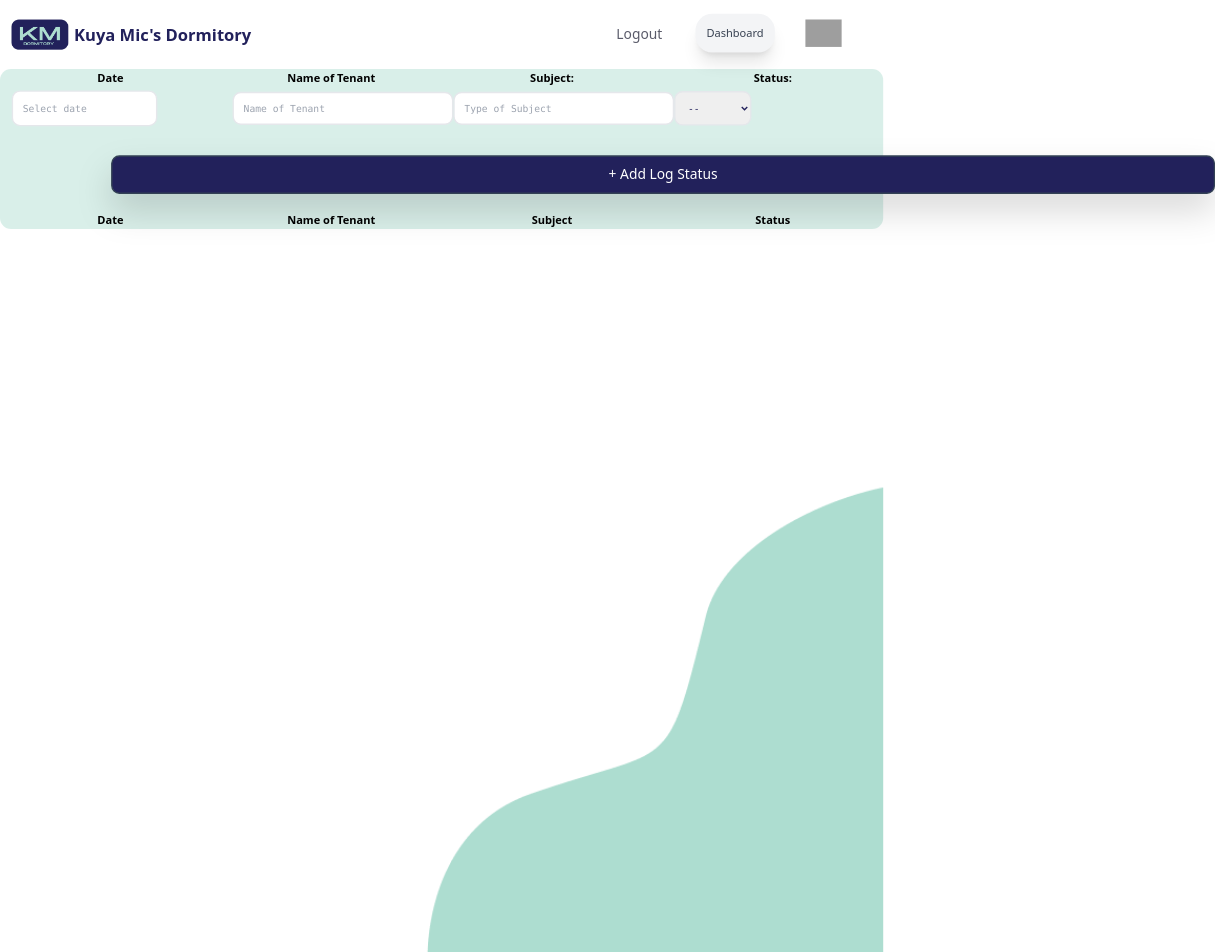
Repository: theamgri/Dormitory-Management-System
Page: logstatus.html
These files come from the project's save history. The page is drawn as it stood at one moment and after the next save; the edit follows.
The browser window is 1280 px wide. The page is 1761 px wide, so the pictures cover 1761 px, including what lies to the right of the window. The pictures show the whole page, at 69% of full size.
Pictures or frames that could not be fetched are drawn as grey boxes. Some web libraries are served in a nearby version.

Above is the page before, as saved 2023-02-28 12:16:22.

After the next save:
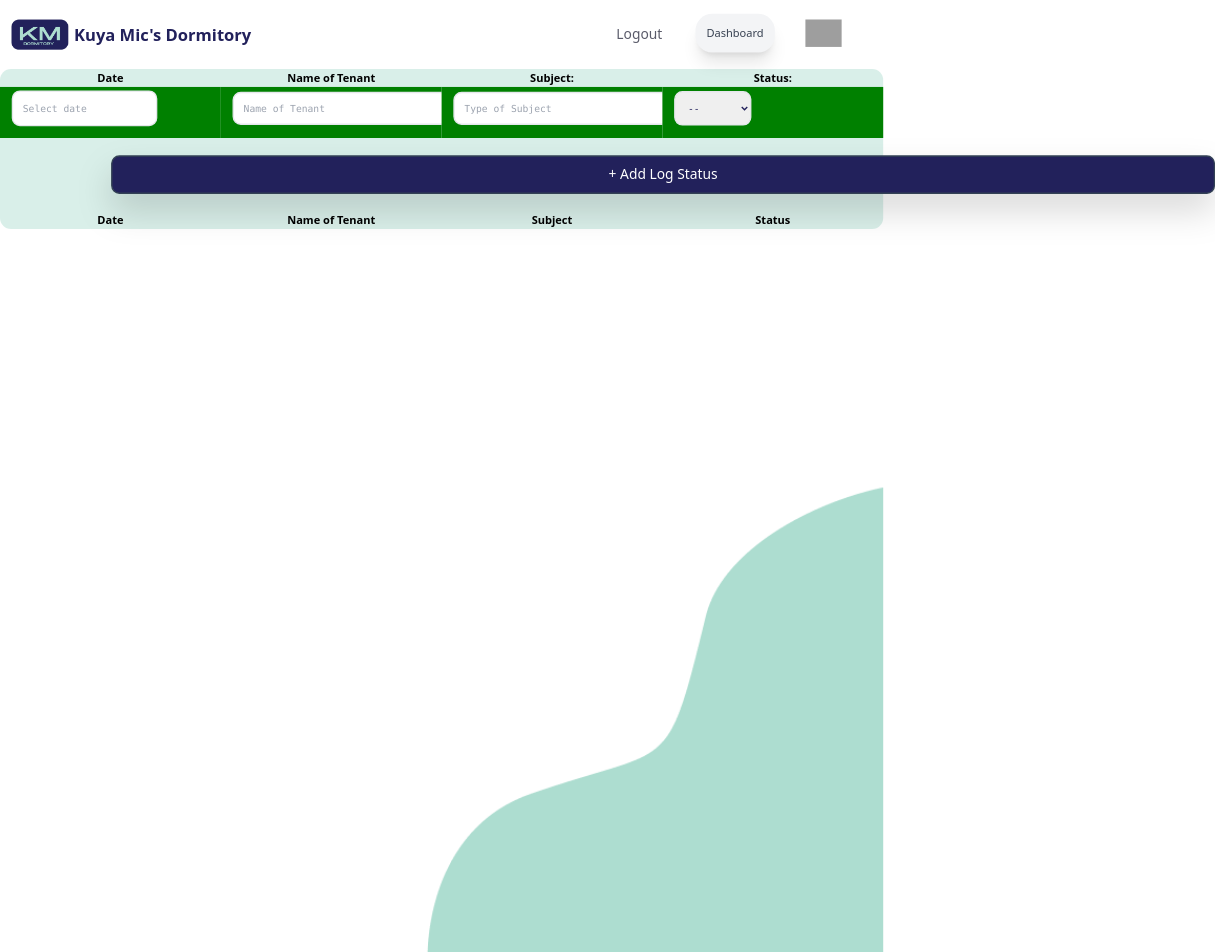
Saved 10 min 57 s later.
--- a/logstatus.html
+++ b/logstatus.html
@@ -84,6 +84,11 @@
 
               </tr>
               <script>
+                var els = document.getElementById("table").getElementsByTagName("td");
+
+                for(var i=0;i<els.length;i++){
+                  els[i].style.background = "green"
+                }
                   //function para maka add ng row inside table
               function addRow() {
                 var tableRow = document.getElementById("table");

After the save that followed:
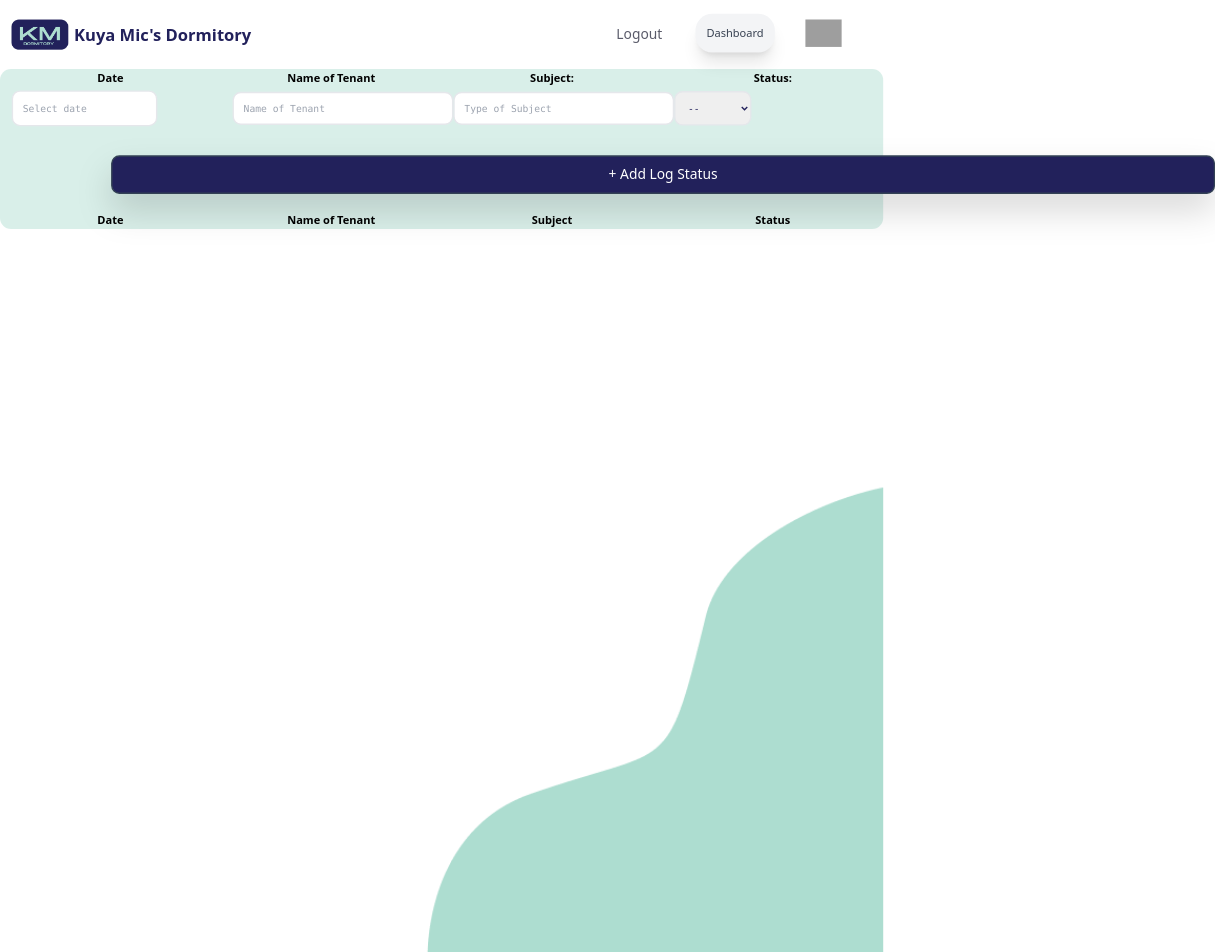
Saved 12 s later.
--- a/logstatus.html
+++ b/logstatus.html
@@ -84,11 +84,7 @@
 
               </tr>
               <script>
-                var els = document.getElementById("table").getElementsByTagName("td");
 
-                for(var i=0;i<els.length;i++){
-                  els[i].style.background = "green"
-                }
                   //function para maka add ng row inside table
               function addRow() {
                 var tableRow = document.getElementById("table");
